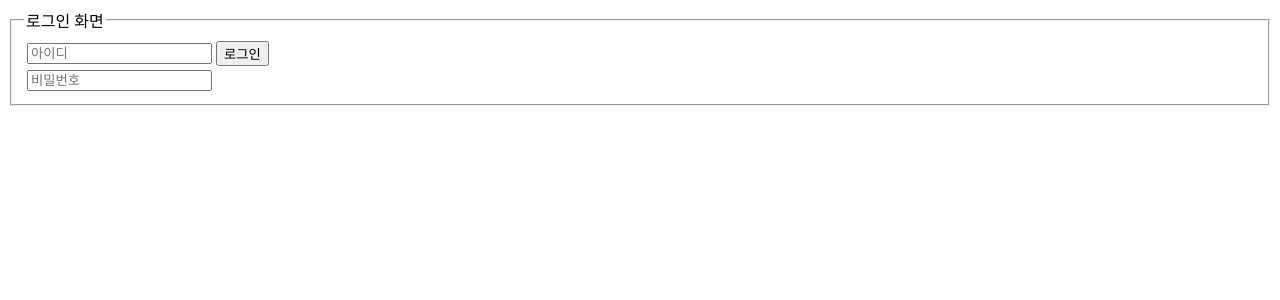
Repository: Scoobi-wisdoom/web
Page: d011/web/index.html
The author's editor kept a copy of each file at every save. The page is drawn from the files as they stood at one save, then again after the next save.
The browser window is 1280 px wide. The pictures show the whole page.

Above is the page before, as saved 2020-08-05 07:55:12.

After the next save:
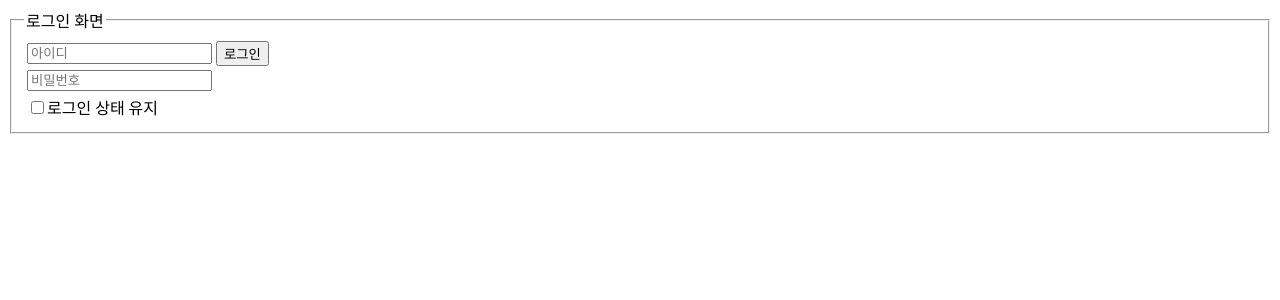
Saved 83 s later.
--- a/d011/web/index.html
+++ b/d011/web/index.html
@@ -24,6 +24,11 @@
 					<input type="text" name="pwd" size= 20 placeholder="비밀번호">
 				</td>
 			</tr>
+			<tr>
+				<td>
+					<input type="checkbox" name="c1" value="">로그인 상태 유지
+				</td>
+			</tr>
 		</tbody>
 
 	</table>
